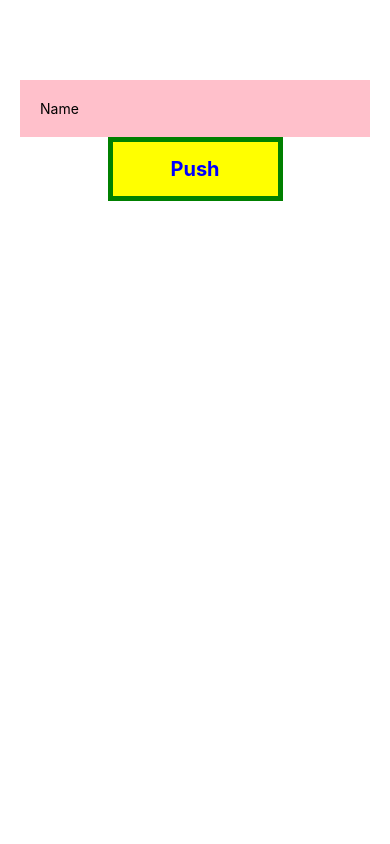
Repository: akinmiday/ReactNativeApp
Screen: /
These files come from the project's save history. The screen is drawn as it stood at one moment and after the next save; the edit follows.
The app was drawn by React Native's web renderer in a window 390 px wide. The project was rebuilt for these pictures with package versions that can differ from the ones it lists, and the page was loaded fresh each time.

Above is the screen before, as saved 2023-08-05 06:20:20.

### App.js
import { View, Switch, Text, TextInput } from "react-native";
import styles from "./styles";
import { useState } from "react";
import CustomButton from "./CustomButton";

export default function App() {
  const { container, text, input } = styles;

  const [name, setName] = useState("");
  const clickMe = () => {
    console.log(name);
  };

  return (
    <View style={container}>
      <TextInput
        style={input}
        placeholder="Name"
        onChangeText={(text) => setName(text)}
      />
      <CustomButton name="Push" />
    </View>
  );
}

### styles.js
import { StyleSheet } from "react-native";

const styles = StyleSheet.create({
  container: {
    marginTop: 40,
    padding: 20,
    backgroundColor: "#fff",
    flex: 1,
  },
  input: {
    backgroundColor: "pink",
    marginTop: 20,
    padding: 20,
  },
  text: {
    fontSize: 20,
    color: "blue",
    fontWeight: "bold",
  },
  button: {
    backgroundColor: "yellow",
    padding: 15,
    alignItems: "center",
    width: "50%",
    alignSelf: "center",
    borderWidth: 5,
    borderColor: "green",
  },
});

export default styles;

### CustomButton.js
import { View, Text, TouchableOpacity } from "react-native";
import React from "react";
import styles from "./styles";

export default function CustomButton(props) {
  const { button, text } = styles;
  const { name, click } = props;

  return (
    <TouchableOpacity onPress={() => click()}>
      <View style={button}>
        <Text style={text}>{name}</Text>
      </View>
    </TouchableOpacity>
  );
}

After the next save:
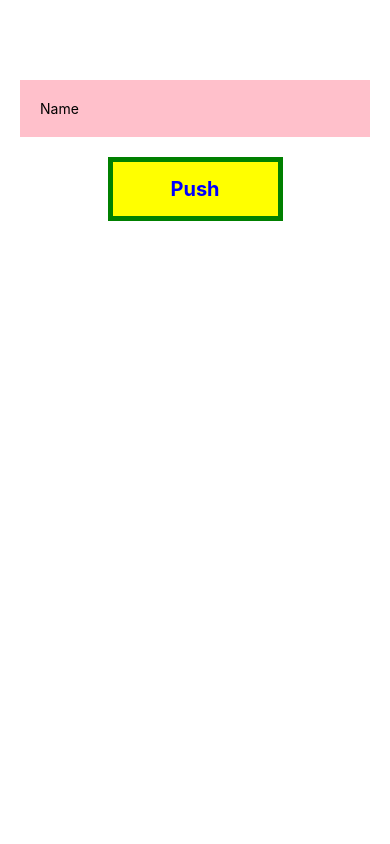
Saved 34 s later.
--- a/styles.js
+++ b/styles.js
@@ -11,6 +11,8 @@ const styles = StyleSheet.create({
     backgroundColor: "pink",
     marginTop: 20,
     padding: 20,
+    marginTop: 20,
+    marginBottom: 20,
   },
   text: {
     fontSize: 20,
